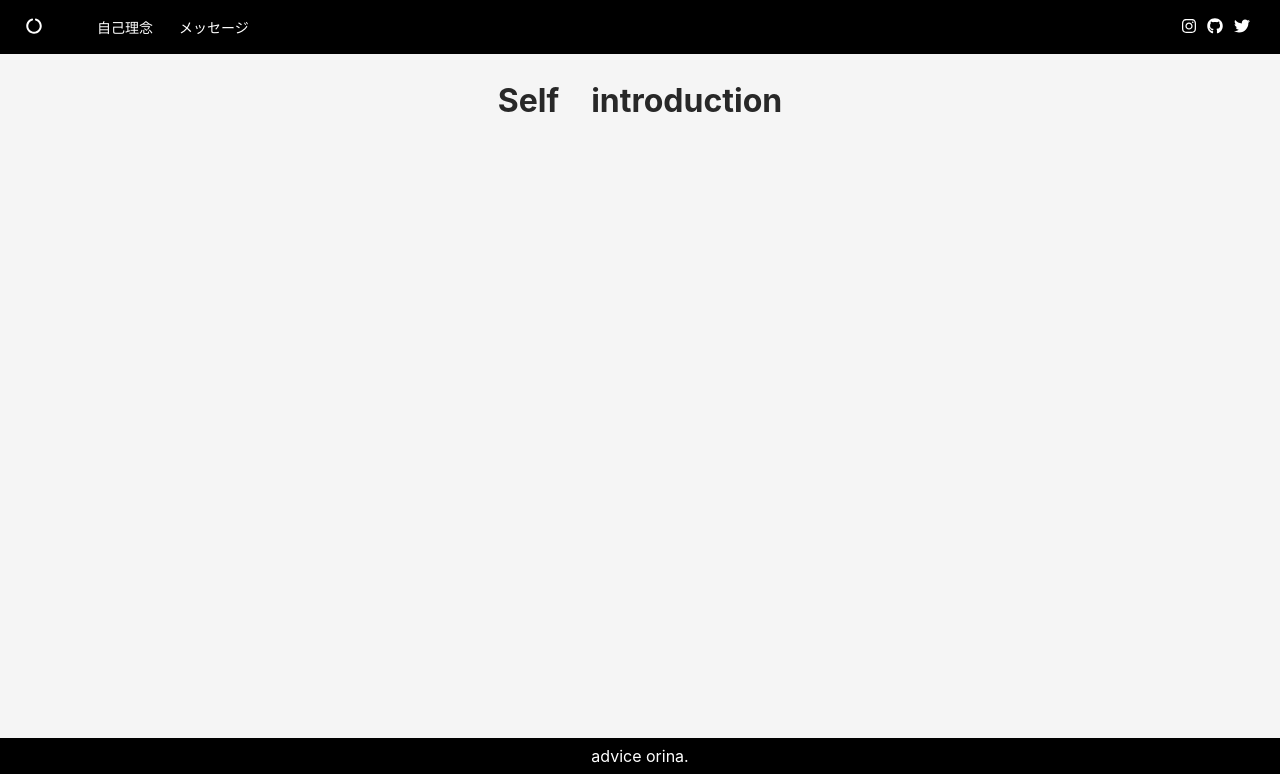
Repository: Rujuu-prog/react-mysite
Page: /selfintroduction
An editor plug-in stored every save of this project. The page is shown before and after the next save, followed by the edit.
The browser window is 1280 px wide. The pictures show the whole page.
The project was rebuilt for these pictures with package versions that can differ from the ones it lists, and the page was loaded fresh each time. Also part of the build but not shown: src/components/pages/Philosophy.tsx, src/components/pages/Top.tsx.

Above is the page before, as saved 2021-05-13 01:22:22.

After the next save:
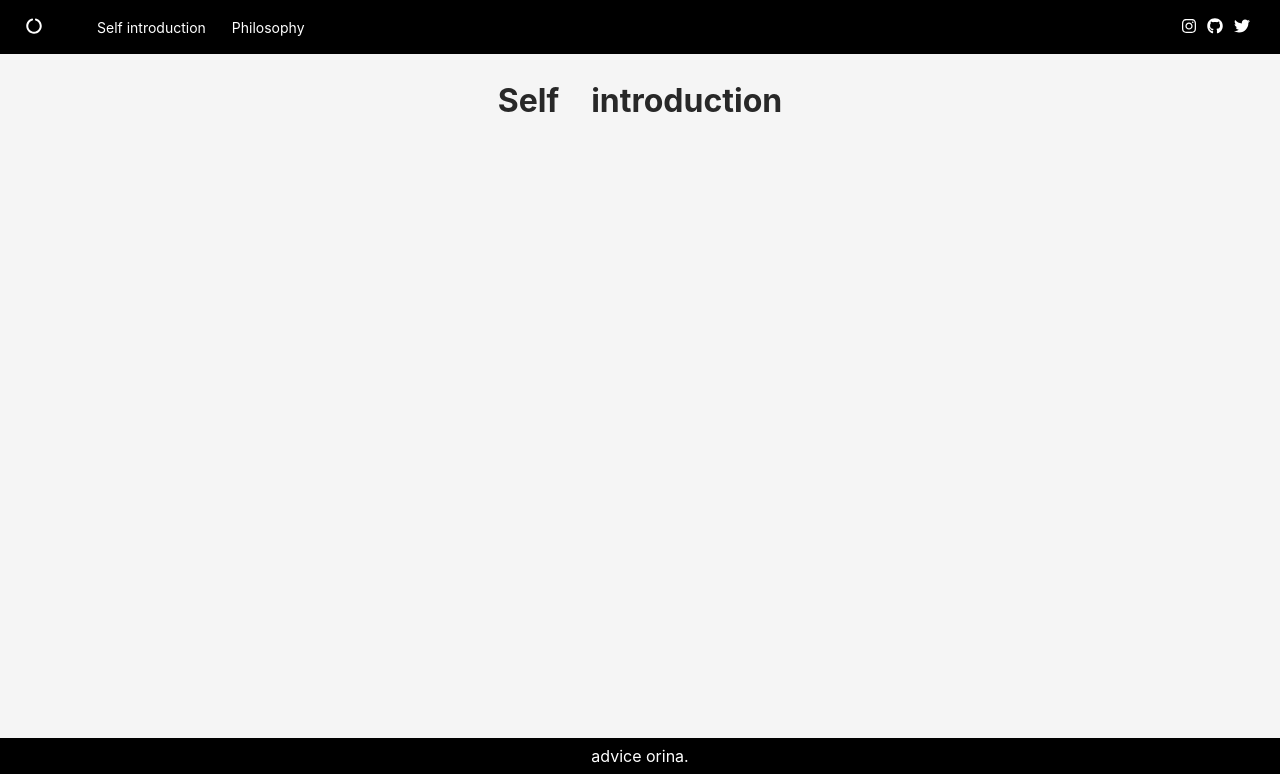
Saved 20 s later.
--- a/src/components/atoms/layout/NaviBar.tsx
+++ b/src/components/atoms/layout/NaviBar.tsx
@@ -13,8 +13,8 @@ export const NaviBar: React.FC<Props> = ({children}) => {
     return (
     <>
         <SNavi>
-            <li><SLink to="/"><SecondaryButton>自己理念</SecondaryButton></SLink></li>
-            <Slist><SLink to="/philosophy"><SecondaryButton>メッセージ</SecondaryButton></SLink></Slist>
+            <li><SLink to="/selfintroduction"><SecondaryButton>Self introduction</SecondaryButton></SLink></li>
+            <Slist><SLink to="/philosophy"><SecondaryButton>Philosophy</SecondaryButton></SLink></Slist>
             <li><IconList/></li>
         </SNavi>
         {children}
